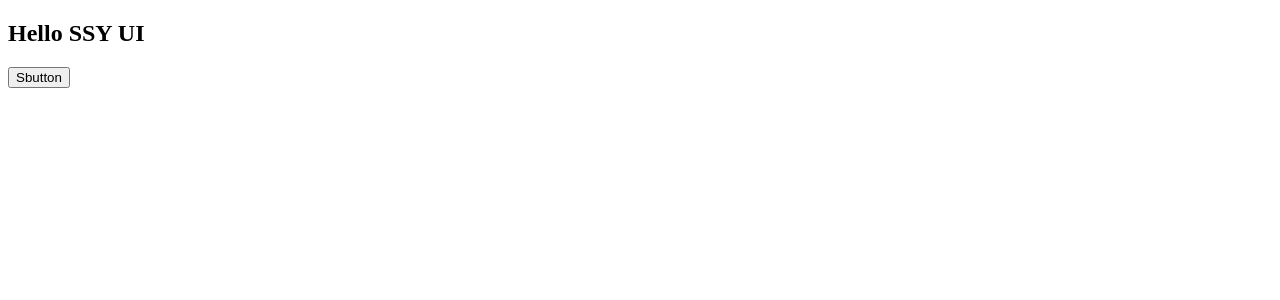
Repository: Ajin0331/ssy-ui-vt
Page: /
The author's editor kept a copy of each file at every save. The page is drawn from the files as they stood at one save, then again after the next save.
The browser window is 1280 px wide. The pictures show the whole page.
The project was rebuilt for these pictures with package versions that can differ from the ones it lists, and the page was loaded fresh each time. Also part of the build but not shown: vite.config.ts.

Above is the page before, as saved 2024-10-19 18:05:29.

After the next save:
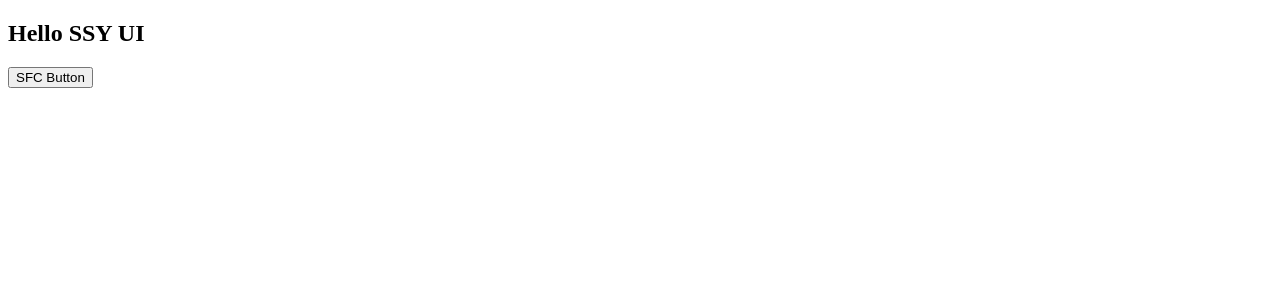
Saved 29 s later.
--- a/src/index.ts
+++ b/src/index.ts
@@ -1,3 +1,4 @@
 import { createApp } from "vue";
-import SButton from "./button";
+// import SButton from './button'
+import SButton from "./SFCButton.vue";
 createApp(SButton).mount("#app");
